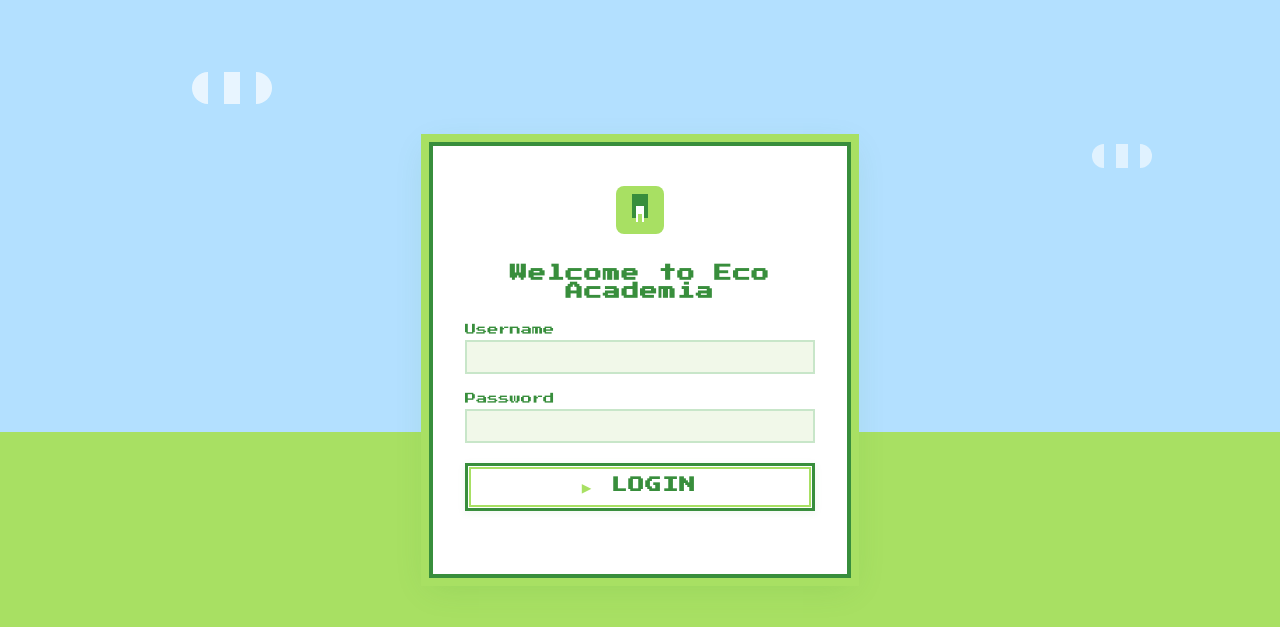
Repository: hotaruhshs/eco-academia
Page: login/index.html
The author's editor kept a copy of each file at every save. The page is drawn from the files as they stood at one save, then again after the next save.
The browser window is 1280 px wide. The pictures show the whole page.

Above is the page before, as saved 2025-07-06 01:25:48.

### login/index.html
<!DOCTYPE html>
<html lang="en">
  <head>
    <meta charset="UTF-8" />
    <meta name="viewport" content="width=device-width, initial-scale=1.0" />
    <title>Eco Academia Login</title>
    <link rel="stylesheet" href="css/login.css" />
    <link
      href="https://fonts.googleapis.com/css2?family=Press+Start+2P&display=swap"
      rel="stylesheet"
    />
  </head>
  <body>
    <div class="login-container">
      <div class="login-card">
        <div class="login-logo">
          <img
            src="images/leaf.svg"
            alt="Eco Academia Logo"
            height="48"
            style="image-rendering: pixelated"
          />
        </div>
        <h2>Welcome to Eco Academia</h2>
        <form id="loginForm">
          <div class="input-group">
            <label for="username">Username</label>
            <input type="text" id="username" name="username" required />
          </div>
          <div class="input-group">
            <label for="password">Password</label>
            <input type="password" id="password" name="password" required />
          </div>
          <button type="submit">Login</button>
        </form>
        <div id="loginMessage"></div>
      </div>
    </div>
    <script src="js/login.js"></script>
  </body>
</html>

### login/css/login.css
/* Pixel art nature theme login page */
body {
  margin: 0;
  padding: 0;
  min-height: 100vh;
  font-family: "Press Start 2P", "Consolas", monospace;
  /* Pixel sky with clouds and grass */
  background: linear-gradient(to bottom, #b3e0ff 0 60%, #a8e063 60% 100%);
  position: relative;
  display: flex;
  align-items: center;
  justify-content: center;
}

body::before {
  content: "";
  position: absolute;
  top: 10%;
  left: 15%;
  width: 80px;
  height: 32px;
  background: repeating-linear-gradient(
    90deg,
    #fff 0 16px,
    transparent 16px 32px
  );
  opacity: 0.7;
  border-radius: 16px;
  filter: blur(0.5px);
  z-index: 0;
}
body::after {
  content: "";
  position: absolute;
  top: 20%;
  right: 10%;
  width: 60px;
  height: 24px;
  background: repeating-linear-gradient(
    90deg,
    #fff 0 12px,
    transparent 12px 24px
  );
  opacity: 0.6;
  border-radius: 12px;
  filter: blur(0.5px);
  z-index: 0;
}

.login-container {
  width: 100vw;
  height: 100vh;
  display: flex;
  align-items: center;
  justify-content: center;
  z-index: 1;
}

.login-card {
  background: #fff;
  border: 4px solid #388e3c;
  border-radius: 0;
  box-shadow: 0 0 0 8px #a8e063, 0 8px 32px rgba(56, 142, 60, 0.15);
  padding: 2.5rem 2rem 2rem 2rem;
  max-width: 350px;
  width: 100%;
  text-align: center;
  position: relative;
  image-rendering: pixelated;
}

.login-logo img {
  margin-bottom: 1rem;
  image-rendering: pixelated;
}

h2 {
  color: #388e3c;
  margin-bottom: 1.5rem;
  font-family: "Press Start 2P", "Consolas", monospace;
  font-size: 1.1rem;
  letter-spacing: 1px;
}

.input-group {
  margin-bottom: 1.2rem;
  text-align: left;
}

.input-group label {
  display: block;
  margin-bottom: 0.3rem;
  color: #388e3c;
  font-weight: 500;
  font-family: "Press Start 2P", "Consolas", monospace;
  font-size: 0.7rem;
}

.input-group input {
  width: 100%;
  box-sizing: border-box;
  padding: 0.6rem 0.6rem;
  border: 2.5px solid #c8e6c9;
  border-radius: 0;
  font-size: 0.7rem;
  background: #f1f8e9;
  font-family: "Press Start 2P", "Consolas", monospace;
  image-rendering: pixelated;
  transition: border 0.2s;
  margin: 0;
}

.input-group input:focus {
  border: 2.5px solid #388e3c;
  outline: none;
}

button[type="submit"] {
  width: 100%;
  padding: 0.7rem;
  background: #fff;
  color: #388e3c;
  border: 3px solid #388e3c;
  border-radius: 0;
  font-size: 1rem;
  font-family: "Press Start 2P", "Consolas", monospace;
  font-weight: 600;
  cursor: pointer;
  box-shadow: 0 2px 8px rgba(56, 142, 60, 0.08);
  image-rendering: pixelated;
  transition: background 0.2s, color 0.2s;
  position: relative;
  letter-spacing: 1px;
  text-transform: uppercase;
  outline: 2px solid #a8e063;
  outline-offset: -6px;
}

button[type="submit"]:hover {
  background: #388e3c;
  color: #fff;
  border-color: #a8e063;
  outline: 2px solid #388e3c;
}

button[type="submit"]::before {
  content: "▶ ";
  color: #a8e063;
  font-size: 1rem;
  position: relative;
  left: -2px;
  top: 0;
}

#loginMessage {
  margin-top: 1rem;
  color: #d32f2f;
  min-height: 1.2em;
  font-family: "Press Start 2P", "Consolas", monospace;
  font-size: 0.8rem;
}

@media (max-width: 500px) {
  .login-card {
    padding: 1.5rem 0.7rem 1.2rem 0.7rem;
    max-width: 95vw;
  }
}

@import url("https://fonts.googleapis.com/css2?family=Press+Start+2P&display=swap");

### login/images/leaf.svg
<svg width="48" height="48" viewBox="0 0 48 48" fill="none" xmlns="http://www.w3.org/2000/svg">
  <rect width="48" height="48" rx="8" fill="#a8e063"/>
  <rect x="16" y="8" width="16" height="24" fill="#388e3c"/>
  <rect x="20" y="20" width="8" height="16" fill="#fff"/>
  <rect x="22" y="28" width="4" height="8" fill="#a8e063"/>
</svg>

### login/js/login.js
// Simulate login for static prototype
const loginForm = document.getElementById('loginForm');
const loginMessage = document.getElementById('loginMessage');

// Show/hide password functionality
const passwordInput = document.getElementById('password');
const togglePasswordBtn = document.getElementById('togglePassword');
if (togglePasswordBtn && passwordInput) {
    togglePasswordBtn.addEventListener('click', function () {
        if (passwordInput.type === 'password') {
            passwordInput.type = 'text';
            togglePasswordBtn.textContent = 'Hide';
            togglePasswordBtn.setAttribute('aria-label', 'Hide password');
        } else {
            passwordInput.type = 'password';
            togglePasswordBtn.textContent = 'Show';
            togglePasswordBtn.setAttribute('aria-label', 'Show password');
        }
    });
}

loginForm.addEventListener('submit', function(e) {
    e.preventDefault();
    const username = document.getElementById('username').value.trim();
    const password = document.getElementById('password').value.trim();

    // Simulate login: accept any non-empty username/password
    if (username && password) {
        loginMessage.style.color = '#388e3c';
        loginMessage.textContent = 'Login successful! Redirecting...';
        setTimeout(() => {
            window.location.href = '../dashboard/index.html'; // Placeholder redirect
        }, 1200);
    } else {
        loginMessage.style.color = '#d32f2f';
        loginMessage.textContent = 'Please enter both username and password.';
    }
});

After the next save:
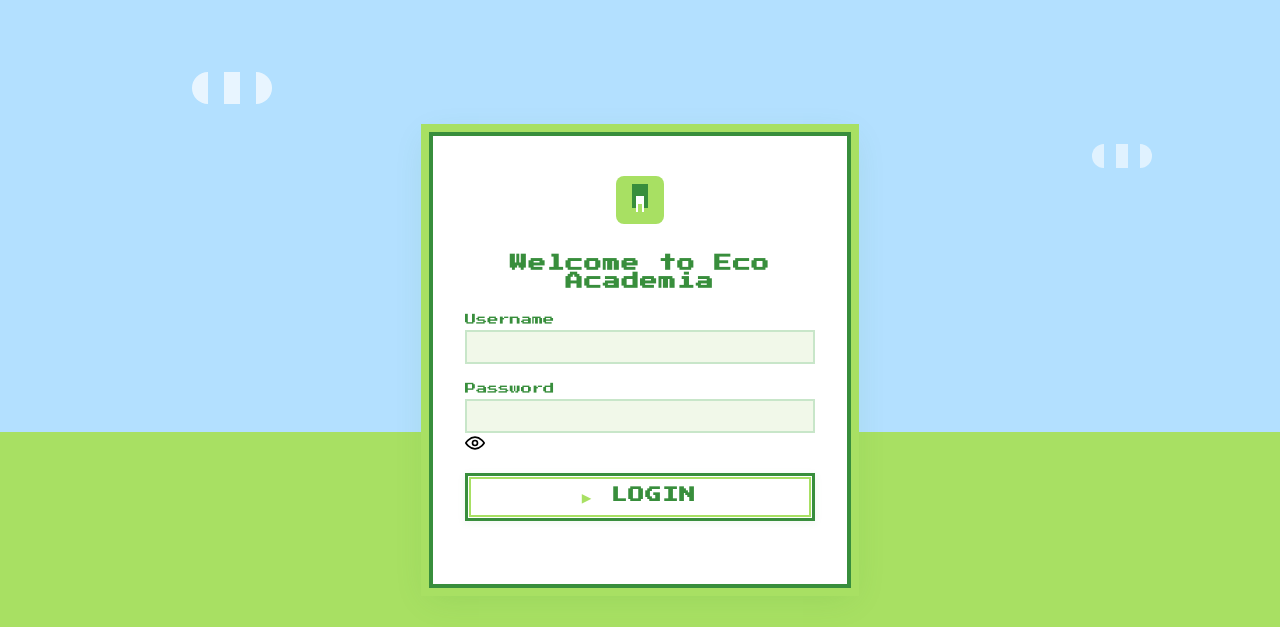
Saved 25 s later.
--- a/login/index.html
+++ b/login/index.html
@@ -29,7 +29,33 @@
           </div>
           <div class="input-group">
             <label for="password">Password</label>
-            <input type="password" id="password" name="password" required />
+            <div class="password-wrapper">
+              <input type="password" id="password" name="password" required />
+              <span
+                id="togglePassword"
+                class="toggle-password"
+                tabindex="0"
+                aria-label="Show password"
+                role="button"
+              >
+                <!-- Eye SVG icon -->
+                <svg
+                  id="eyeIcon"
+                  xmlns="http://www.w3.org/2000/svg"
+                  width="20"
+                  height="20"
+                  viewBox="0 0 24 24"
+                  fill="none"
+                  stroke="currentColor"
+                  stroke-width="2"
+                  stroke-linecap="round"
+                  stroke-linejoin="round"
+                >
+                  <path d="M1 12s4-7 11-7 11 7 11 7-4 7-11 7-11-7-11-7z"></path>
+                  <circle cx="12" cy="12" r="3"></circle>
+                </svg>
+              </span>
+            </div>
           </div>
           <button type="submit">Login</button>
         </form>

After the save that followed:
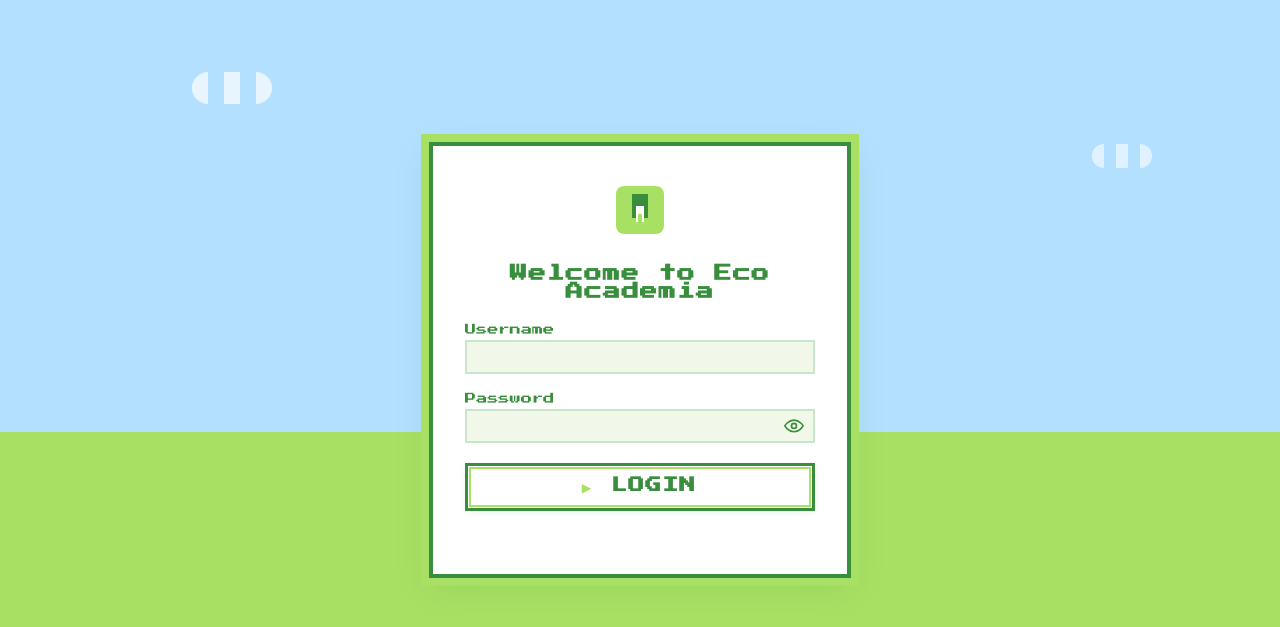
Saved 13 s later.
--- a/login/css/login.css
+++ b/login/css/login.css
@@ -160,6 +160,42 @@ button[type="submit"]::before {
   font-size: 0.8rem;
 }
 
+.password-wrapper {
+  position: relative;
+  display: flex;
+  align-items: center;
+}
+
+.password-wrapper input[type="password"],
+.password-wrapper input[type="text"] {
+  padding-right: 2.2rem;
+}
+
+.toggle-password {
+  position: absolute;
+  right: 0.7rem;
+  top: 50%;
+  transform: translateY(-50%);
+  cursor: pointer;
+  color: #388e3c;
+  background: none;
+  border: none;
+  padding: 0;
+  display: flex;
+  align-items: center;
+  height: 100%;
+}
+
+.toggle-password:focus {
+  outline: 2px solid #a8e063;
+}
+
+.toggle-password svg {
+  display: block;
+  width: 20px;
+  height: 20px;
+}
+
 @media (max-width: 500px) {
   .login-card {
     padding: 1.5rem 0.7rem 1.2rem 0.7rem;
